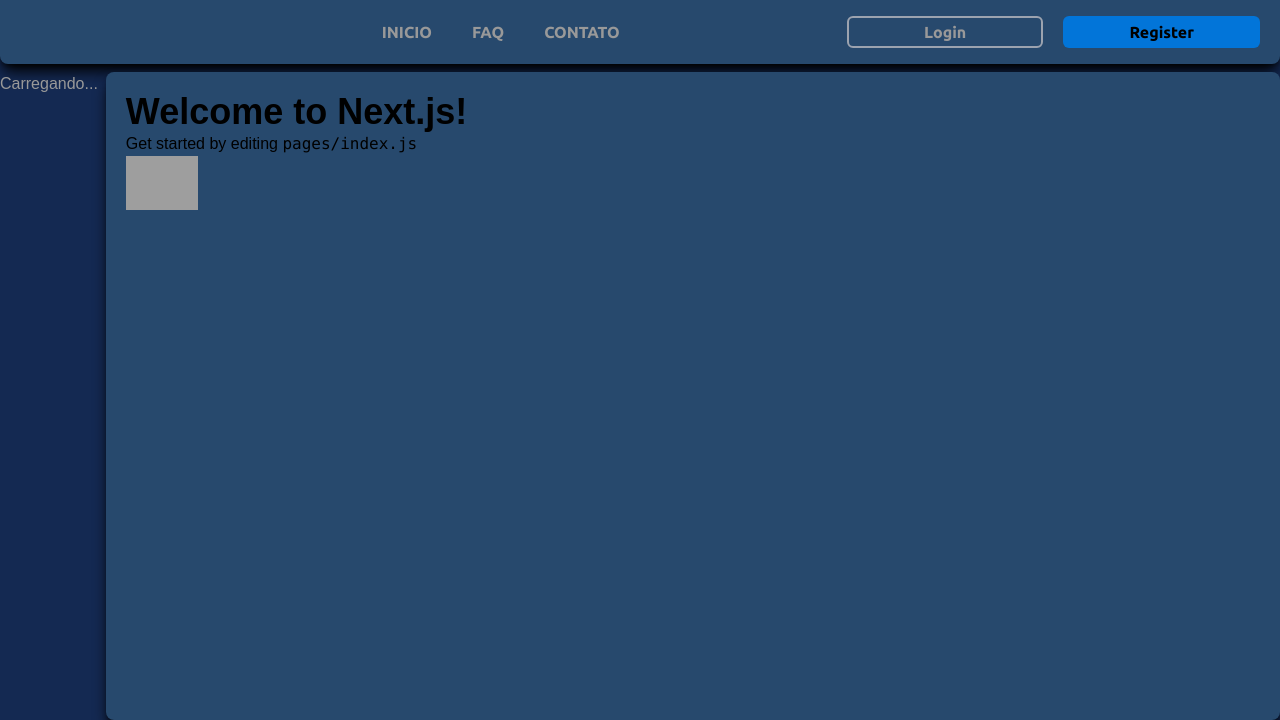
Repository: Felipe-Henrique-Dev/-DIOGO-SMS
Page: /
These files come from the project's save history. The page is drawn as it stood at one moment and after a run of saves; the edit follows.
The browser window is 1280 px wide. The pictures show the whole page.
Pictures or frames that could not be fetched are drawn as grey boxes. The page's requests for data from a server got no answer. The project was rebuilt for these pictures with package versions that can differ from the ones it lists, and the page was loaded fresh each time. The framework's server and built-in components were replaced by stand-ins that run in the browser. No one was signed in, and anything a server would have sent is missing. Also part of the build but not shown: next.config.ts, src/functions/servicos.ts, src/components/main/WebApp.tsx.

Above is the page before, as saved 2024-12-17 14:23:53.

### src/app/layout.tsx
import type { Metadata } from "next";
import "./globals.css";
import Header from "@/components/main/Header";
import Main from "@/components/main/Main";
import { PageWebApp } from "@/components/main/PageWebApp";



export const metadata: Metadata = {
  title: "Create Next App",
  description: "Generated by create next app",
};

export default function RootLayout({
  children,
}: Readonly<{
  children: React.ReactNode;
}>) {
  return (
    <html lang="pt-br">
      <body className={`antialiased`}>
        <Header />
        <Main>
          <PageWebApp />
          {children}
        </Main>
      </body>
    </html>
  );
}

### src/app/page.tsx
import Section from "@/components/main/Section";
import Image from "next/image";

export default function Home() {
  return (
    <Section>
      <h1 className="text-4xl font-bold text-center">Welcome to Next.js!</h1>
      <p className="text-center">
        Get started by editing <code>pages/index.js</code>
      </p>
      <Image
        src="/vercel.svg"
        alt="Vercel Logo"
        width={72}
        height={16}
      />
    </Section>
  );
}

### src/app/globals.css
@import url('https://fonts.googleapis.com/css2?family=Roboto+Mono&family=Ubuntu:wght@500;700&display=swap');
@tailwind base;
@tailwind components;
@tailwind utilities;


:root {
  --background: hsl(220, 60%, 20%);
  --background-secondary: hsl(211, 47%, 29%);
  --tertiary: hsl(0, 0%, 60%);
  --primary_text: hsl(0, 0%, 100%);
  --light: hsl(213, 27%, 64%);
  --foreground: #171717;
  --color-primary: #000;
  --color-secondary: hsl(208, 98%, 43%);
}


body {
  color: var(--tertiary);
  background: var(--background);
  font-family: Arial, Helvetica, sans-serif;
}

::-webkit-scrollbar {
  width: 5px;
  height: 10px;
}

::-webkit-scrollbar-track {
  background-color: var(--background);
}

::-webkit-scrollbar-thumb {
  background: var(--color-secondary);
  border-radius: 10px;
}

::-webkit-scrollbar-thumb:hover {
  background-color: var(--color-highlight-hover);
}

### src/components/main/Header.tsx
import React from "react";
import { Button } from "./Button";


export default function Header() {
  return (
    <header className="h-16 bg-background_secondary shadow-lg shadow-black max-w-screen-2xl m-auto top-0 items-center justify-between  flex rounded-b-lg px-5 z-[99] ">
        <span className="text-white text-lg w-1/4 font-bold"></span>
        <nav className="flex gap-10 uppercase font-bold font-ubuntu w-1/3 items-start ">
            <a href="#" className="">Inicio</a>
            <a href="#" className="">FAQ</a>
            <a href="#" className="">Contato</a>
        </nav>
        <div className="container flex justify-between items-center w-1/3 gap-5">
            <Button type="button" size="sm" className="text-tertiary" isLoading={false} bgColor="none">Login</Button>
            <Button type="button" size="sm" isLoading={false} bgColor="primary">
                Register
            </Button>
        </div>
    </header>
  );
}

### src/components/main/Main.tsx
import React from "react";

export default function Main({
  children,
}: Readonly<{
  children: React.ReactNode;
}>) {
  return (
    <main className="container max-w-screen-2xl mx-auto flex pt-2 gap-2 ">
      {children}
    </main>
  );
}

### src/components/main/PageWebApp.tsx
/* eslint-disable @typescript-eslint/no-unused-vars */
/* eslint-disable @typescript-eslint/no-explicit-any */
'use client'
import React, { Suspense } from "react";
import { WebApp } from "./WebApp";
export const PageWebApp = () => {
  return (
    <Suspense fallback={<div>Carregando...</div>}>
      <WebApp />
    </Suspense>
  );
}

### src/components/main/Section.tsx
import { cn } from "@/lib/utils";
import React from "react";

export default function Section({
  children,
  className
}: Readonly<{
  children: React.ReactNode;
  className?: string;
}>) {
  return (
    <section className={cn(
      "p-5 flex flex-col min-h-[90svh] bg-background_secondary w-full text-black items-start justify-start rounded-lg shadow-lg shadow-black",
      className
    )}>
      {children}
    </section>
  );
}

### src/components/main/Button.tsx
/* eslint-disable @typescript-eslint/no-explicit-any */
import { cn } from "@/lib/utils";
import React from "react";

export const Button = ({
    className,
    size = "md",
    onClick,
    children,
    type,
    isLoading,
    bgColor = "primary",
}:{
    type: 'button' | 'submit' | 'reset';
    onClick?: (event: React.MouseEvent<HTMLButtonElement>) => void;
    className?: string;
    children: React.ReactNode;
    size?: "sm" | "md" | "lg";
    isLoading: boolean;
    bgColor?: "primary" | "secondary" | "danger" | "none";
}) => {

    const sizes = {
        sm: "w-1/2 h-8 text-base",
        md: "w-3/4 h-10 text-lg",
        lg: "w-full h-14 text-xl",
    };

    const bgColors = {
        primary: "bg-secondary text-black",
        secondary: "bg-gray-500 text-white",
        danger: "bg-red-500 text-white",
        none: "bg-transparent text-black border-gray-400 border-2 "
    };

    return (
        <button
            type={type}
            onClick={onClick}
            className={cn(
                "p-2 rounded-md relative flex items-center justify-center font-bold font-ubuntu hover:scale-105 transition-transform duration-300",
                bgColors[bgColor],
                sizes[size],
                className
            )}
            disabled={isLoading}
        >
            {
                isLoading ? loading() : children
            }
        </button>
    );
}


const loading = () => {
    return (
        <div className="absolute inset-0 bg-gray-300 bg-opacity-50 flex items-center justify-center">
            <div className="animate-spin rounded-full h-12 w-12 border-t-2 border-b-2 border-gray-900"></div>
        </div>
    );
}

### tailwind.config.ts
import type { Config } from "tailwindcss";

export default {
  content: [
    "./src/pages/**/*.{js,ts,jsx,tsx,mdx}",
    "./src/components/**/*.{js,ts,jsx,tsx,mdx}",
    "./src/app/**/*.{js,ts,jsx,tsx,mdx}",
  ],
  theme: {
    extend: {
      colors: {
        background: "var(--background)",
        foreground: "var(--foreground)",
        background_secondary: "var(--background-secondary)",
        primary: "var(--primary)",
        secondary: "var(--color-secondary)",
        tertiary: "var(--tertiary)",
        light: "var(--light)",

      },
      background : {
        background: "var(--background)",
        background_secondary: "var(--background-secondary)",
        foreground: "var(--foreground)",
      },
      fontFamily: {
        ubuntu: ["Ubuntu", "sans-serif"],
        roboto: ["Roboto", "sans-serif"],
      },
    },
  },
  plugins: [],
} satisfies Config;


// .ubuntu-light {
//   font-family: "Ubuntu", sans-serif;
//   font-weight: 300;
//   font-style: normal;
// }

// .ubuntu-regular {
//   font-family: "Ubuntu", sans-serif;
//   font-weight: 400;
//   font-style: normal;
// }

// .ubuntu-medium {
//   font-family: "Ubuntu", sans-serif;
//   font-weight: 500;
//   font-style: normal;
// }

// .ubuntu-bold {
//   font-family: "Ubuntu", sans-serif;
//   font-weight: 700;
//   font-style: normal;
// }

// .ubuntu-light-italic {
//   font-family: "Ubuntu", sans-serif;
//   font-weight: 300;
//   font-style: italic;
// }

// .ubuntu-regular-italic {
//   font-family: "Ubuntu", sans-serif;
//   font-weight: 400;
//   font-style: italic;
// }

// .ubuntu-medium-italic {
//   font-family: "Ubuntu", sans-serif;
//   font-weight: 500;
//   font-style: italic;
// }

// .ubuntu-bold-italic {
//   font-family: "Ubuntu", sans-serif;
//   font-weight: 700;
//   font-style: italic;
// }

Loaded but not shown: src/lib/utils.ts (common file)

After the next 2 saves:
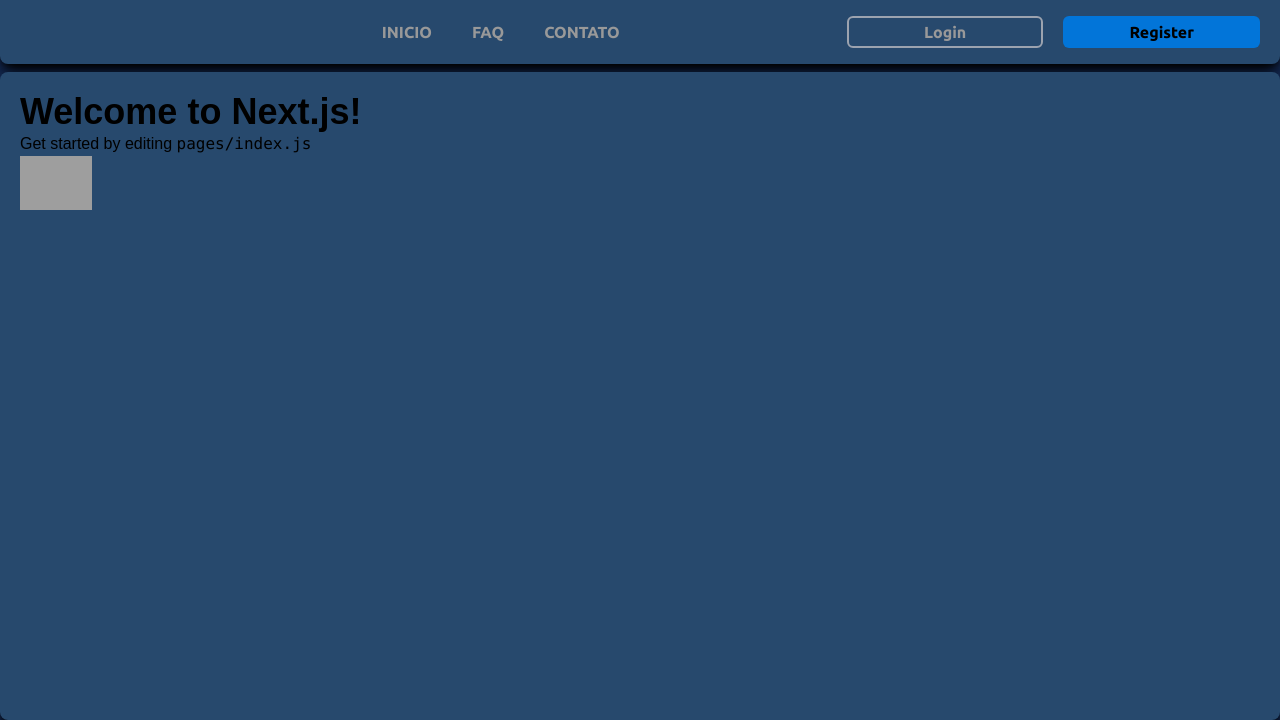
The 2 saves are shown as one change because they came seconds apart.
The last was saved 30 s later.
--- a/src/app/layout.tsx
+++ b/src/app/layout.tsx
@@ -2,7 +2,7 @@
 import "./globals.css";
 import Header from "@/components/main/Header";
 import Main from "@/components/main/Main";
-import { PageWebApp } from "@/components/main/PageWebApp";
+// import { PageWebApp } from "@/components/main/PageWebApp";
 
 
 
@@ -21,7 +21,7 @@
       <body className={`antialiased`}>
         <Header />
         <Main>
-          <PageWebApp />
+          {/* <PageWebApp /> */}
           {children}
         </Main>
       </body>

After the save that followed:
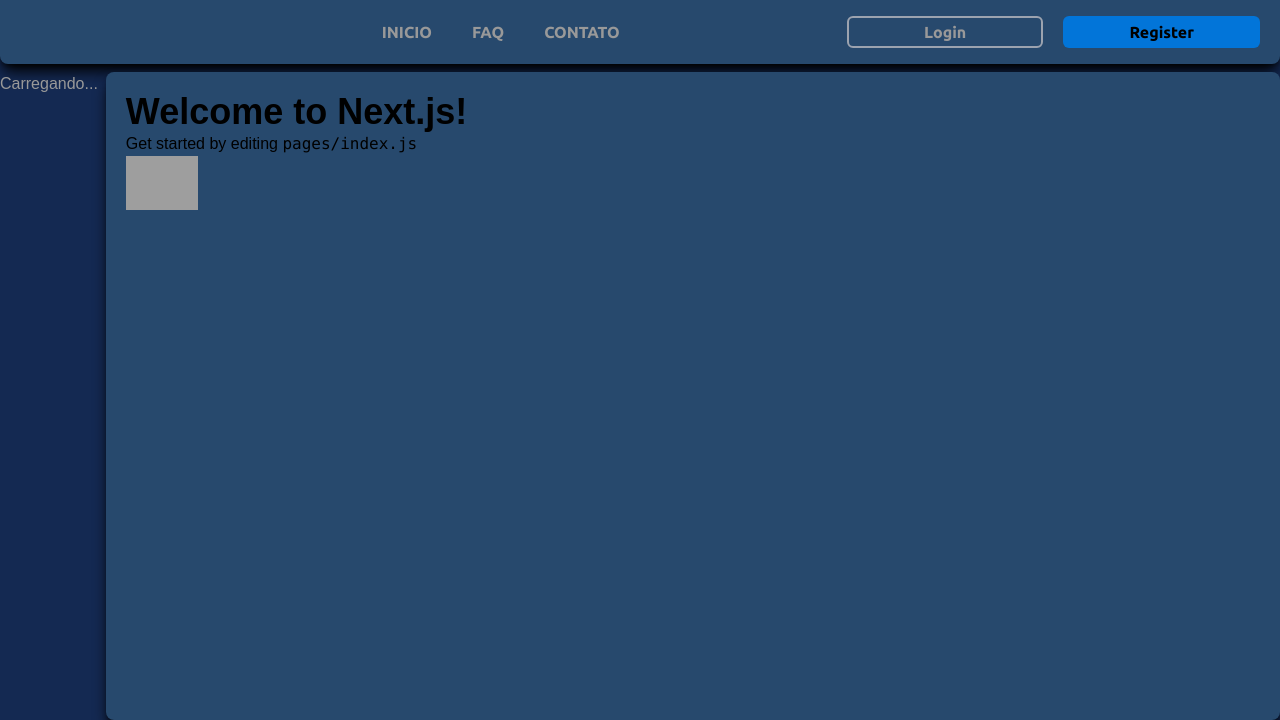
Saved 66 s later.
--- a/src/app/layout.tsx
+++ b/src/app/layout.tsx
@@ -2,7 +2,7 @@
 import "./globals.css";
 import Header from "@/components/main/Header";
 import Main from "@/components/main/Main";
-// import { PageWebApp } from "@/components/main/PageWebApp";
+import { PageWebApp } from "@/components/main/PageWebApp";
 
 
 
@@ -21,7 +21,7 @@
       <body className={`antialiased`}>
         <Header />
         <Main>
-          {/* <PageWebApp /> */}
+          <PageWebApp />
           {children}
         </Main>
       </body>
